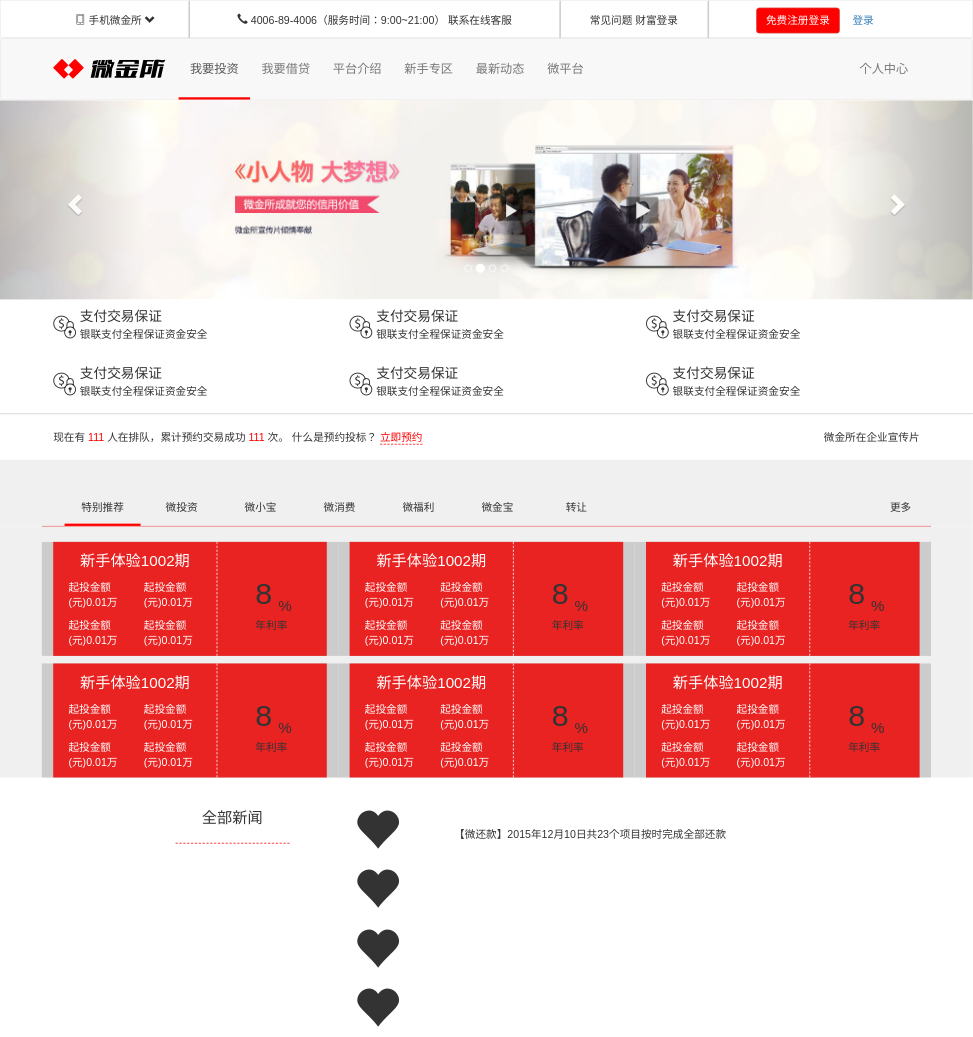
Repository: pwy114pwy/project_02
Page: 菜单.html
The author's editor kept a copy of each file at every save. The page is drawn from the files as they stood at one save, then again after a run of saves.
The browser window is 1280 px wide. The pictures show the whole page, at 76% of full size.
The style sheet was rebuilt from its Sass, Less or Tailwind sources for each picture, by a compiler version that may differ from the author's.

Above is the page before, as saved 2022-11-23 18:09:07.

### 菜单.html
<!DOCTYPE html>
<html lang="en">

<head>
    <!-- 页面的编码格式 -->
    <meta charset="UTF-8">
    <!-- 为了使IE浏览器以最新浏览器edge来渲染页面 -->
    <meta http-equiv="X-UA-Compatible" content="IE=edge">
    <!-- 视口vp，针对于移动端 -->
    <meta name="viewport" content="width=device-width, initial-scale=1.0">
    <!-- 引入Bootstrap框架的CSS样式 -->
    <link rel="stylesheet" href="./lib/bootstrap/css/bootstrap.css">
    <link rel="stylesheet" href="./css/base.css">
    <link rel="stylesheet" href="./css/01.css">
    <title>Document</title>
</head>

<body>
    <header class="wjs-top hidden-xs hidden-sm">
        <div class="container">
            <div class="row">
                <div class="col-md-2">
                    <a href="">
                        <span class="wjs_icon wjs_icon_phone"></span>
                        <span>手机微金所</span>
                        <span class="glyphicon glyphicon-chevron-down"></span>
                        <img src="./images/code.jpg" alt="">
                    </a>
                </div>
                <div class="col-md-5">
                    <span class="glyphicon glyphicon-earphone"></span>
                    <span>4006-89-4006（服务时间：9:00~21:00） 联系在线客服</span>
                </div>
                <div class="col-md-2">
                    <a href="">常见问题</a>
                    <a href="">财富登录</a>
                </div>
                <div class="col-md-3">
                    <button type="button" class="btn btn-danger">免费注册登录</button>


                    <button type="button" class="btn btn-link">登录</button>
                </div>
            </div>
        </div>
    </header>


    <nav class="navbar navbar-default wjs-navbar">
        <div class="container">
            <!-- Brand and toggle get grouped for better mobile display -->
            <div class="navbar-header">
                <button type="button" class="navbar-toggle collapsed" data-toggle="collapse"
                    data-target="#bs-example-navbar-collapse-1" aria-expanded="false">
                    <span class="sr-only">Toggle navigation</span>
                    <span class="icon-bar"></span>
                    <span class="icon-bar"></span>
                    <span class="icon-bar"></span>
                </button>
                <a class="navbar-brand" href="#">
                    <span class="wjs_icon wjs_icon_logo"></span>
                    <span class="wjs_icon wjs_icon_text"></span>
                </a>
            </div>

            <!-- Collect the nav links, forms, and other content for toggling -->
            <div class="collapse navbar-collapse" id="bs-example-navbar-collapse-1">
                <ul class="nav navbar-nav wjs-navbar-nav">
                    <li class="active"><a href="#">我要投资 <span class="sr-only">(current)</span></a></li>
                    <li><a href="#">我要借贷</a></li>
                    <li><a href="#">平台介绍</a></li>
                    <li><a href="#">新手专区</a></li>
                    <li><a href="#">最新动态</a></li>
                    <li><a href="#">微平台</a></li>

                </ul>

                <ul class="nav navbar-nav navbar-right">
                    <li><a href="#">个人中心</a></li>

                </ul>
            </div><!-- /.navbar-collapse -->
        </div><!-- /.container-fluid -->
    </nav>

    <div class="lunbo visible-md visible-lg">
        <div id="carousel-example-generic" class="carousel slide" data-ride="carousel">
            <!-- Indicators -->
            <ol class="carousel-indicators">
              <li data-target="#carousel-example-generic" data-slide-to="0" class="active"></li>
              <li data-target="#carousel-example-generic" data-slide-to="1"></li>
              <li data-target="#carousel-example-generic" data-slide-to="2"></li>
              <li data-target="#carousel-example-generic" data-slide-to="3"></li>
            </ol>

            <!-- Wrapper for slides -->
            <div class="carousel-inner" role="listbox">
              <div class="item active">
                <img src="./images/slide_01_2000x410.jpg" alt="...">
                <div class="carousel-caption">

                </div>
              </div>
              <div class="item">
                <img src="./images/slide_02_2000x410.jpg" alt="...">
                <div class="carousel-caption">

                </div>
              </div>
              <div class="item">
                <img src="./images/slide_03_2000x410.jpg" alt="...">
                <div class="carousel-caption">

                </div>
              </div>
              <div class="item">
                <img src="./images/slide_04_2000x410.jpg" alt="...">
                <div class="carousel-caption">

                </div>
              </div>

            </div>

            <!-- Controls -->
            <a class="left carousel-control" href="#carousel-example-generic" role="button" data-slide="prev">
              <span class="glyphicon glyphicon-chevron-left" aria-hidden="true"></span>
              <span class="sr-only">Previous</span>
            </a>
            <a class="right carousel-control" href="#carousel-example-generic" role="button" data-slide="next">
              <span class="glyphicon glyphicon-chevron-right" aria-hidden="true"></span>
              <span class="sr-only">Next</span>
            </a>
          </div>
    </div>

    <div class="baozhang">
        <div class="container">
            <div class="row">
                <div class="col-sm-6 col-md-4">
                    <span class="wjs_icon wjs_icon_E900"></span>
                    <div class="right">
                        <a href="">支付交易保证</a>
                        <a href="">银联支付全程保证资金安全</a>
                    </div>
                </div>
                <div class="col-sm-6 col-md-4">
                    <span class="wjs_icon wjs_icon_E900"></span>
                    <div class="right">
                        <a href="">支付交易保证</a>
                        <a href="">银联支付全程保证资金安全</a>
                    </div>
                </div>
                <div class="col-sm-6 col-md-4">
                    <span class="wjs_icon wjs_icon_E900"></span>
                    <div class="right">
                        <a href="">支付交易保证</a>
                        <a href="">银联支付全程保证资金安全</a>
                    </div>
                </div>
                <div class="col-sm-6 col-md-4">
                    <span class="wjs_icon wjs_icon_E900"></span>
                    <div class="right">
                        <a href="">支付交易保证</a>
                        <a href="">银联支付全程保证资金安全</a>
                    </div>
                </div>
                <div class="col-sm-6 col-md-4">
                    <span class="wjs_icon wjs_icon_E900"></span>
                    <div class="right">
                        <a href="">支付交易保证</a>
                        <a href="">银联支付全程保证资金安全</a>
                    </div>
                </div>
                <div class="col-sm-6 col-md-4">
                    <span class="wjs_icon wjs_icon_E900"></span>
                    <div class="right">
                        <a href="">支付交易保证</a>
                        <a href="">银联支付全程保证资金安全</a>
                    </div>
                </div>


            </div>

        </div>
    </div>

    <div class="paidui">
        <div class="container">
            <a href="">现在有</a>
            <p>111</p>
            <a href="">人在排队，累计预约交易成功</a>
            <p>111</p>
            <a href="">次。 什么是预约投标？ </a>
            <p class="yuyue">立即预约</p>
            <a href="" class="visible-lg">微金所在企业宣传片</a>
        </div>

    </div>


    <div class="xialiebiao">

        <div class="container">
            <div class="row">
                <div><a href="#">特别推荐 <span class="sr-only">(current)</span></a></div>
                <div><a href="#">微投资</a></div>
                <div><a href="#">微小宝</a></div>
                <div><a href="#">微消费</a></div>
                <div><a href="#">微福利</a></div>
                <div><a href="#">微金宝</a></div>
                <div><a href="#">转让</a></div>
                <div class="hidden-sm hidden-xs hidden-md"><a href="#">更多</a></div>
            </div>

        </div>




    </div>

    <div class="touzi">
        <div class="container">
            <div class="row">
                <div class="col-xs-12 col-sm-6  col-md-4">
                    <div>
                        <div class="left">
                            <div class="top">
                                <a href="">新手体验1002期</a>
                            </div>
                            <div class="bottom">
                                <p>起投金额(元)0.01万</p>
                                <p>起投金额(元)0.01万</p>
                                <p>起投金额(元)0.01万</p>
                                <p>起投金额(元)0.01万</p>
                            </div>
                        </div>
                        <div class="right">

                                <a href="">8</a>
                                <a href="">%</a>
                                <a href="">年利率</a>
                        </div>
                    </div>
                </div>

                <div class="col-xs-12 col-sm-6  col-md-4">
                    <div>
                        <div class="left">
                            <div class="top">
                                <a href="">新手体验1002期</a>
                            </div>
                            <div class="bottom">
                                <p>起投金额(元)0.01万</p>
                                <p>起投金额(元)0.01万</p>
                                <p>起投金额(元)0.01万</p>
                                <p>起投金额(元)0.01万</p>
                            </div>
                        </div>
                        <div class="right">

                                <a href="">8</a>
                                <a href="">%</a>
                                <a href="">年利率</a>
                        </div>
                    </div>
                </div>

                <div class="col-xs-12 col-sm-6  col-md-4">
                    <div>
                        <div class="left">
                            <div class="top">
                                <a href="">新手体验1002期</a>
                            </div>
                            <div class="bottom">
                                <p>起投金额(元)0.01万</p>
                                <p>起投金额(元)0.01万</p>
                                <p>起投金额(元)0.01万</p>
                                <p>起投金额(元)0.01万</p>
                            </div>
                        </div>
                        <div class="right">

                                <a href="">8</a>
                                <a href="">%</a>
                                <a href="">年利率</a>
                        </div>
                    </div>
                </div>

                <div class="col-xs-12 col-sm-6  col-md-4">
                    <div>
                        <div class="left">
                            <div class="top">
                                <a href="">新手体验1002期</a>
                            </div>
                            <div class="bottom">
                                <p>起投金额(元)0.01万</p>
                                <p>起投金额(元)0.01万</p>
                                <p>起投金额(元)0.01万</p>
                                <p>起投金额(元)0.01万</p>
                            </div>
                        </div>
                        <div class="right">

                                <a href="">8</a>
                                <a href="">%</a>
                                <a href="">年利率</a>
                        </div>
                    </div>
                </div>

                <div class="col-xs-12 col-sm-6  col-md-4">
                    <div>
                        <div class="left">
                            <div class="top">
                                <a href="">新手体验1002期</a>
                            </div>
                            <div class="bottom">
                                <p>起投金额(元)0.01万</p>
                                <p>起投金额(元)0.01万</p>
                                <p>起投金额(元)0.01万</p>
                                <p>起投金额(元)0.01万</p>
                            </div>
                        </div>
                        <div class="right">

                                <a href="">8</a>
                                <a href="">%</a>
                                <a href="">年利率</a>
                        </div>
                    </div>
                </div>

                <div class="col-xs-12 col-sm-6  col-md-4">
                    <div>
                        <div class="left">
                            <div class="top">
                                <a href="">新手体验1002期</a>
                            </div>
                            <div class="bottom">
                                <p>起投金额(元)0.01万</p>
                                <p>起投金额(元)0.01万</p>
                                <p>起投金额(元)0.01万</p>
                                <p>起投金额(元)0.01万</p>
                            </div>
                        </div>
                        <div class="right">

                                <a href="">8</a>
                                <a href="">%</a>
                                <a href="">年利率</a>
                        </div>
                    </div>
                </div>

            </div>
        </div>
    </div>

    <div class="news">
        <div class="container">
            <div class="row">
                <div class="col-lg-4 col-push-3">
                    <a href="">全部新闻</a>
                </div>

                <div class="col-lg-1">
                    <ul>
                        <li class="glyphicon glyphicon-heart"></li>
                        <li class="glyphicon glyphicon-heart"></li>
                        <li class="glyphicon glyphicon-heart"></li>
                        <li class="glyphicon glyphicon-heart"></li>

                    </ul>
                </div>
                <div class="col-lg-7">
                    <div>
                        <ul>
                            <li><a href="">【微还款】2015年12月10日共23个项目按时完成全部还款</a></li>

                        </ul>
                    </div>
                </div>
            </div>
        </div>
    </div>


    <script src="./lib/jquery/jquery.js"></script>
    <script src="./lib/bootstrap/js/bootstrap.js"></script>
</body>

</html>

### css/base.css
/*公共css样式*/
body{
    font-family: "Microsoft YaHei",sans-serif;
    font-size: 14px;
    color: #333;
}
a{
    text-decoration: none;
    color: #333;
}
a:hover{
    text-decoration: none;
    color: #333;
}
/*左边距*/
.m_l10{
    margin-left: 10px;
}
/*右边距*/
.m_r10{
    margin-right: 10px;
}
/*自定义字体*/
@font-face {
    font-family: 'wjs';
    src: url('../fonts/MiFie-Web-Font.eot'); /* IE9*/
    src: url('../fonts/MiFie-Web-Font.eot') format('embedded-opentype'), /* IE6-IE8 */
    url('../fonts/MiFie-Web-Font.woff') format('woff'), /* chrome、firefox */
    url('../fonts/MiFie-Web-Font.ttf') format('truetype'), /* chrome、firefox、opera、Safari, Android, iOS 4.2+*/
    url('../fonts/MiFie-Web-Font.svg') format('svg'); /* iOS 4.1- */
}
/*自定义字体使用样式*/
.wjs_icon{
    font-family: wjs;
}

/*手机图标对应的编码*/
.wjs_icon_phone::before{
    content: "\e908";
}
/*电话图标对应的编码*/
.wjs_icon_tel::before{
    content: "\e909";
    font-size: 14px;
}
/*wjs logo*/
.wjs_icon_logo::before{
    content: "\e920";
}
/*wjs 文本*/
.wjs_icon_text::before{
    content: "\e93e";
}
.wjs_icon_new01::before{
    content: "\e90e";
}
.wjs_icon_new02::before{
    content: "\e90f";
}
.wjs_icon_new03::before{
    content: "\e910";
}
.wjs_icon_new04::before{
    content: "\e911";
}
.wjs_icon_partner01::before{
    content:"\e946";
}
.wjs_icon_partner02::before{
    content: "\e92f";
}
.wjs_icon_partner03::before{
    content: "\e92e";
}
.wjs_icon_partner04::before{
    content: "\e92a";
}
.wjs_icon_partner05::before{
    content: "\e929";
}
.wjs_icon_partner06::before{
    content: "\e931";
}
.wjs_icon_partner07::before{
    content: "\e92c";
}
.wjs_icon_partner08::before{
    content: "\e92b";
}
.wjs_icon_partner09::before{
    content: "\e92d";
}
.wjs_iconn_E903::before{
    content: "\e903";
}
/* 闹钟 图标 */
.wjs_icon_E906::before{
    content: "\e906";
}
/* 摄像机 图标 */
.wjs_icon_E905::before{
    content: "\e905";
}
.wjs_icon_E907::before{
    content: "\e907";
}
.wjs_icon_E901::before{
    content: "\e901";
}
/* 支持交易保障 图片 */
.wjs_icon_E900::before{
    content: "\e900";
}
.wjs_icon_E904::before{
    content: "\e904";
}

.wjs_icon_E902::before{
    content: "\e902";
}

Loaded but not shown: lib/bootstrap/css/bootstrap.css (library); lib/jquery/jquery.js (library); lib/bootstrap/js/bootstrap.js (library); css/01.less (354 lines, source omitted)

After the next 3 saves:
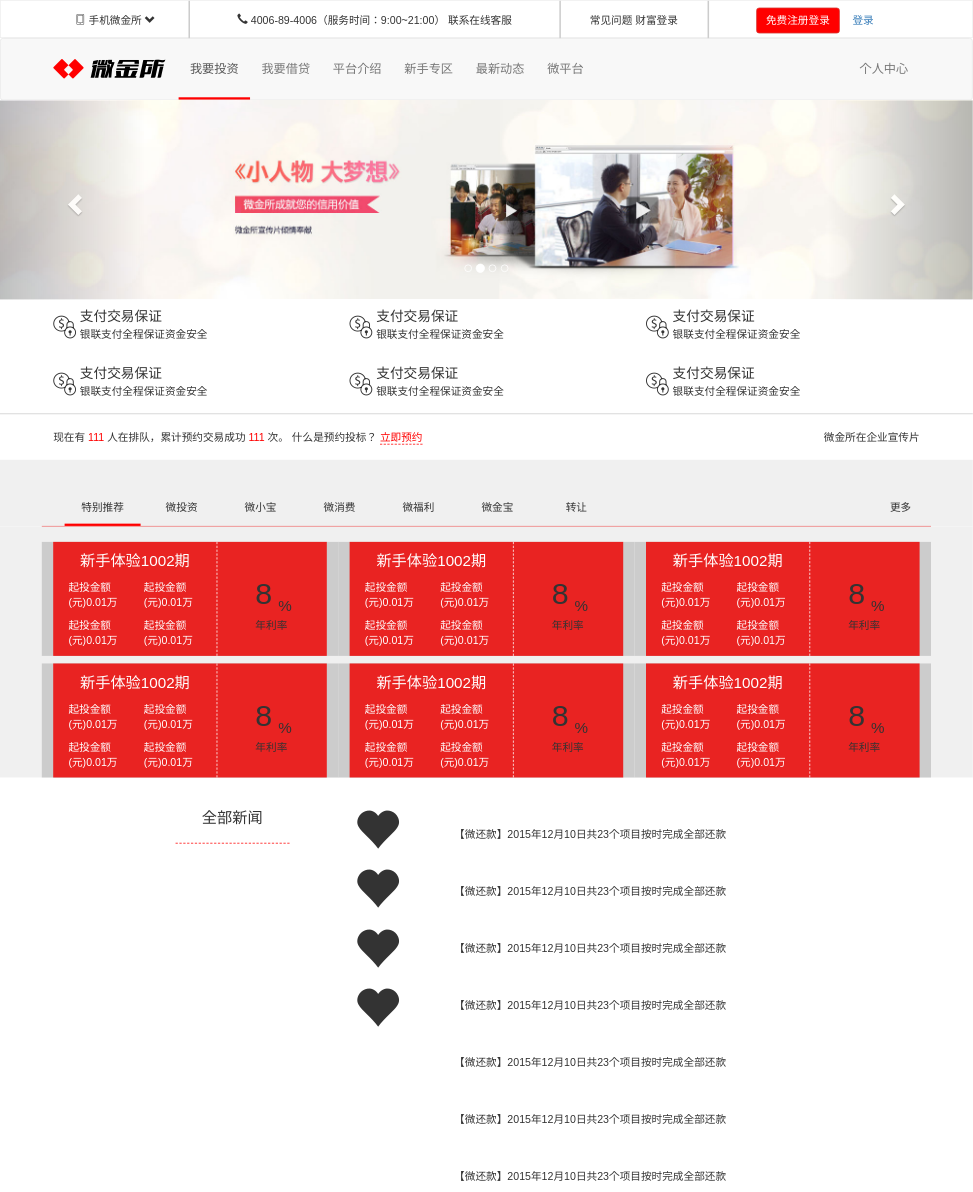
The 3 saves are shown as one change because they came seconds apart.
The last was saved 16 s later.
--- a/菜单.html
+++ b/菜单.html
@@ -380,6 +380,12 @@
                     <div>
                         <ul>
                             <li><a href="">【微还款】2015年12月10日共23个项目按时完成全部还款</a></li>
+                            <li><a href="">【微还款】2015年12月10日共23个项目按时完成全部还款</a></li>
+                            <li><a href="">【微还款】2015年12月10日共23个项目按时完成全部还款</a></li>
+                            <li><a href="">【微还款】2015年12月10日共23个项目按时完成全部还款</a></li>
+                            <li><a href="">【微还款】2015年12月10日共23个项目按时完成全部还款</a></li>
+                            <li><a href="">【微还款】2015年12月10日共23个项目按时完成全部还款</a></li>
+                            <li><a href="">【微还款】2015年12月10日共23个项目按时完成全部还款</a></li>
 
                         </ul>
                     </div>
